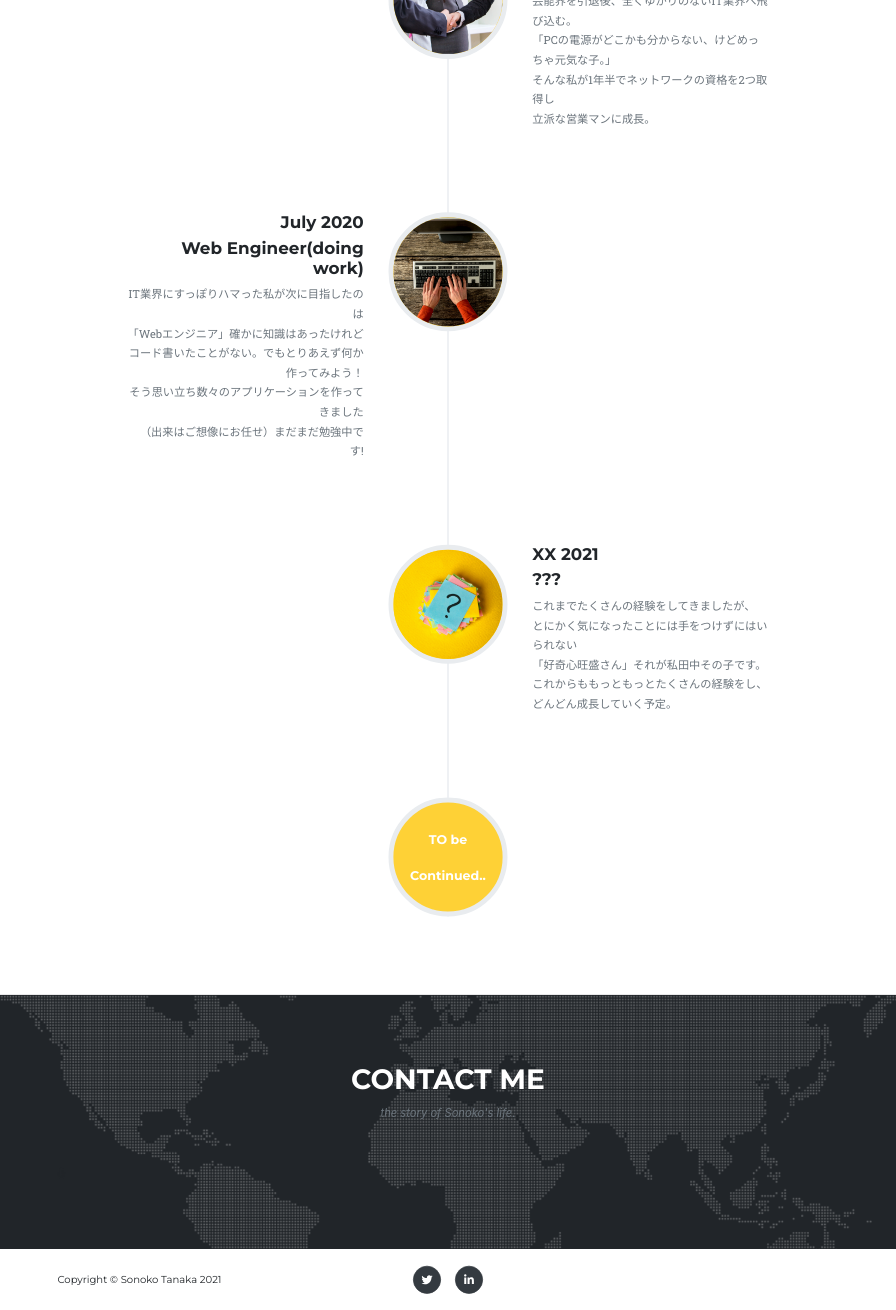
Repository: s-tanaka52/s-tanaka-s_profile
Page: startbootstrap-agency-gh-pages/index.html
The author's editor kept a record of every edit. The page is drawn from the files as they stood at one moment, then again after the next edit.
The browser window is 1280 px wide. The pictures show the part of the page from y = 3216 to 5136 px (the page is 5088 px tall before and 5136 px after), at 70% of full size.
Some web fonts or font styles are not loaded; a fallback is used.

Above is the page before.

After the next edit:
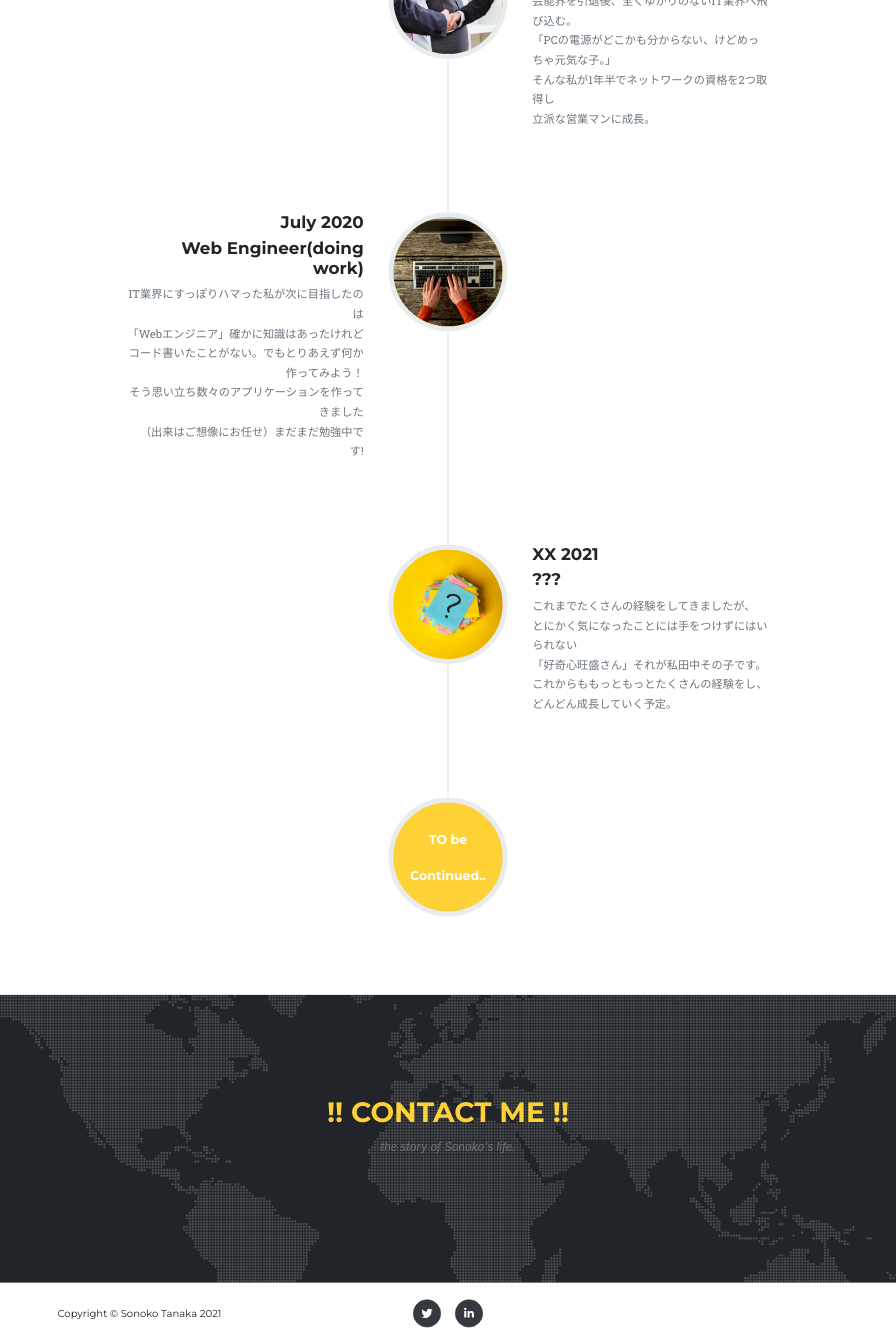
The edit:
--- a/startbootstrap-agency-gh-pages/index.html
+++ b/startbootstrap-agency-gh-pages/index.html
@@ -234,8 +234,8 @@
         <!-- Contact-->
         <section class="page-section" id="contact">
             <div class="container">
-                <div class="text-center">
-                    <h2 class="section-heading text-uppercase">Contact Me</h2>
+                <div class="text-center mt-5">
+                    <h2 class="section-heading text-uppercase"><a  href="mailto:non.52xxx@gmail.com?subject=%e8%b3%aa%e5%95%8f&body=%e8%b3%aa%e5%95%8f%e5%86%85%e5%ae%b9%e3%82%92%e3%81%94%e8%a8%98%e5%85%a5%e4%b8%8b%e3%81%95%e3%81%84">!! Contact Me !!</a></h2>
                     <h3 class="section-subheading text-muted">the story of Sonoko's life.</h3>
                 </div>
                 <i class="fas fa-microphone-alt" ></i>
